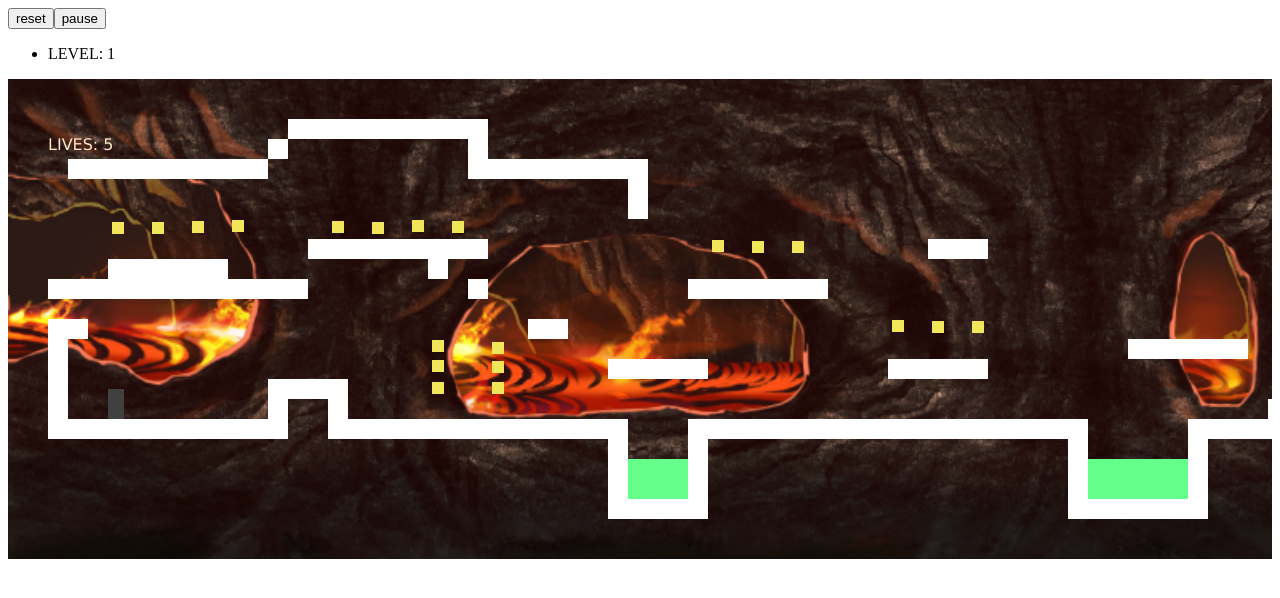
Repository: luccas-teddy/examenlucas
Page: index.html
An editor plug-in stored every save of this project. The page is shown before and after the next save, followed by the edit.
The browser window is 1280 px wide. The pictures show the whole page.

Above is the page before, as saved 2021-02-18 02:39:02.

After the next save:
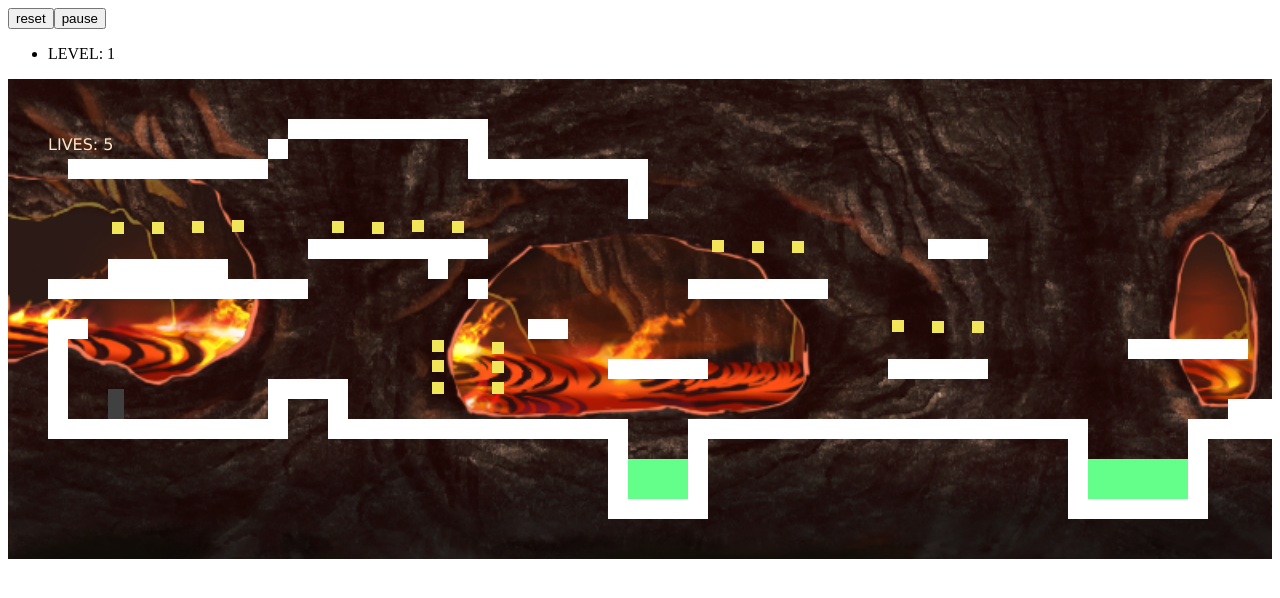
Saved 34 s later.
--- a/code/levels.js
+++ b/code/levels.js
@@ -15,7 +15,7 @@ var GAME_LEVELS = [`
 ..#..................o..o...............................######.............#....
 ..#..................o..o.....#####.........#####.....................o.#.......
 ..#..........####....o..o....................................................#..
-..#..@.......#..#..............................................#####.......#....
+..#..@.......#..#............................................#######.......#....
 ..############..###############...####################.....#######...#########..
 ..............................#...#..................#.....#....................
 ..............................#+++#..................#+++++#....................
